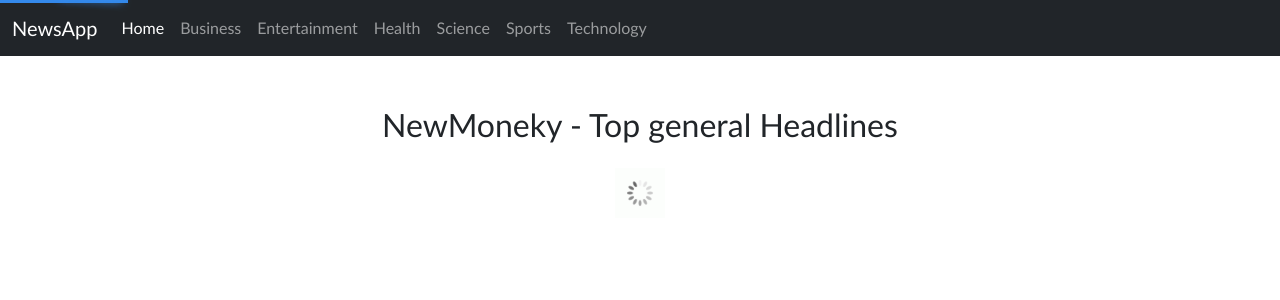
Repository: DipeshRaval/NewsApp-react
Page: /
An editor plug-in stored every save of this project. The page is shown before and after the next save, followed by the edit.
The browser window is 1280 px wide. The pictures show the whole page.
The page's requests for data from a server got no answer. The project was rebuilt for these pictures with package versions that can differ from the ones it lists, and the page was loaded fresh each time. No one was signed in, and anything a server would have sent is missing. Also part of the build but not shown: src/Components/NewsItem.js.

Above is the page before, as saved 2023-01-28 03:46:05.

After the next save:
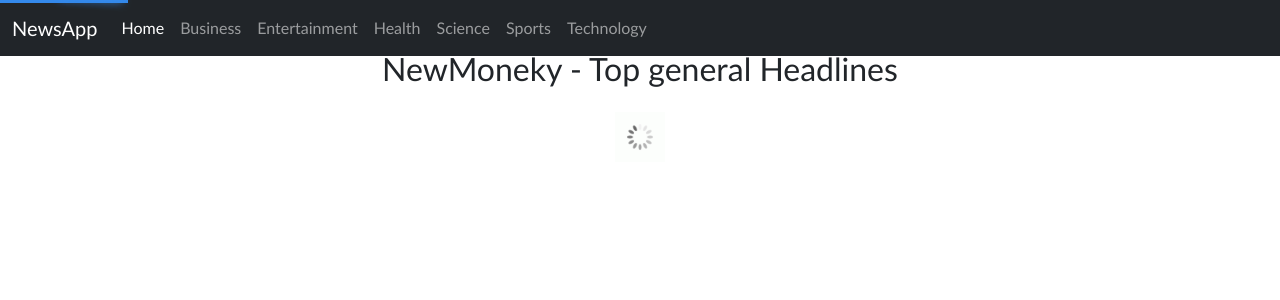
Saved 22 s later.
--- a/src/Components/Navbar.js
+++ b/src/Components/Navbar.js
@@ -5,7 +5,7 @@ export class Navbar extends Component {
   render() {
     return (
       <div>
-        <nav className="navbar navbar-expand-lg navbar-dark bg-dark">
+        <nav className="navbar fixed-top navbar-expand-lg navbar-dark bg-dark">
           <div className="container-fluid">
             <Link className="navbar-brand" to="/">
               NewsApp
